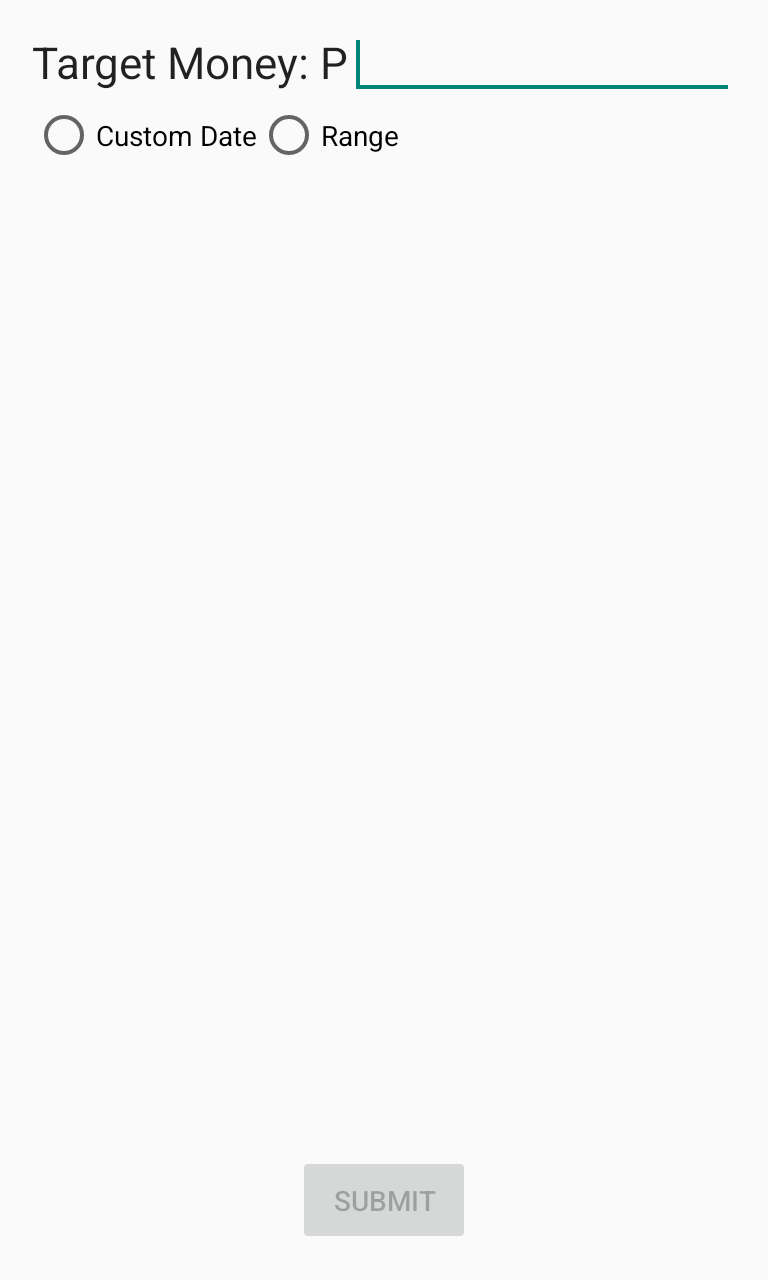
Repository: japheth-starita/SavingsApp
Layout: SavingsApp/res/layout/activity_preferences.xml
These files come from the project's save history. The layout is drawn as it stood at one moment and after the next save; the edit follows.
It is drawn on a 768 x 1280 px phone screen (xhdpi) without system bars, with theme AppTheme; the app's code is not run.

Above is the layout before, as saved 2016-02-27 07:17:49.

### SavingsApp/res/layout/activity_preferences.xml
<RelativeLayout xmlns:android="http://schemas.android.com/apk/res/android"
    xmlns:tools="http://schemas.android.com/tools"
    android:layout_width="match_parent"
    android:layout_height="match_parent"
    android:paddingBottom="@dimen/activity_vertical_margin"
    android:paddingLeft="@dimen/activity_horizontal_margin"
    android:paddingRight="@dimen/activity_horizontal_margin"
    android:paddingTop="@dimen/activity_vertical_margin"
    tools:context="com.cobaltsteel.savingsapp.PreferencesActivity" >

    <TextView
        android:id="@+id/lblTargetMoney"
        android:layout_width="wrap_content"
        android:layout_height="wrap_content"
        android:textAppearance="?android:attr/textAppearanceLarge"
        android:text="Target Money: P" />

    <EditText
        android:id="@+id/txtTargetMoney"
        android:layout_width="fill_parent"
        android:layout_height="wrap_content"
        android:layout_alignBaseline="@+id/lblTargetMoney"
        android:layout_toRightOf="@+id/lblTargetMoney"
        android:inputType="number">
        <requestFocus />
    </EditText>


    <RadioGroup
    android:id="@+id/rbgrpSetting"
    android:layout_width="fill_parent"
    android:layout_height="wrap_content"
    android:orientation="horizontal"
    android:layout_below="@+id/txtTargetMoney">
    <RadioButton android:id="@+id/rbDate"
        android:layout_width="wrap_content"
        android:layout_height="wrap_content"
        android:text="Custom Date"
        android:onClick="onRadioButtonClicked"/>
    <RadioButton android:id="@+id/rbRange"
        android:layout_width="wrap_content"
        android:layout_height="wrap_content"
        android:text="Range"
        android:onClick="onRadioButtonClicked"/>
	</RadioGroup>

   <DatePicker
        android:id="@+id/dptargetDate"
        android:layout_width="wrap_content"
        android:layout_height="wrap_content"
        android:layout_below="@+id/rbgrpSetting"
        android:layout_centerHorizontal="true"
        android:visibility="gone"/>

    <TextView
        android:layout_marginTop="5dp"
        android:id="@+id/lblTargetRange"
        android:layout_width="wrap_content"
        android:layout_height="wrap_content"
        android:layout_below="@+id/dptargetDate"
        android:textAppearance="?android:attr/textAppearanceLarge"
        android:text="Target Range:"
        android:visibility="gone" />
	<Spinner
        android:id="@+id/spTargetNumber"
        android:layout_width="wrap_content"
        android:layout_height="wrap_content"
        android:layout_below="@+id/lblTargetRange"
        android:visibility="gone"/>
    <Spinner
        android:id="@+id/spTargetRange"
        android:layout_width="wrap_content"
        android:layout_height="wrap_content"
        android:layout_alignBaseline="@+id/spTargetNumber"
        android:layout_toRightOf="@+id/spTargetNumber"
        android:visibility="gone"/>

    <Button
        android:id="@+id/btnSubmit"
        android:layout_width="wrap_content"
        android:layout_height="wrap_content"
        android:layout_alignParentBottom="true"
        android:layout_centerHorizontal="true"
        android:text="Submit"
        android:enabled="false"/>

</RelativeLayout>

Loaded but not shown: SavingsApp/res/values/styles.xml (common file); SavingsApp/res/values-v11/styles.xml (common file); SavingsApp/res/values-v14/styles.xml (common file); SavingsApp/res/values/dimens.xml (common file); SavingsApp/res/values-w820dp/dimens.xml (common file)

After the next save:
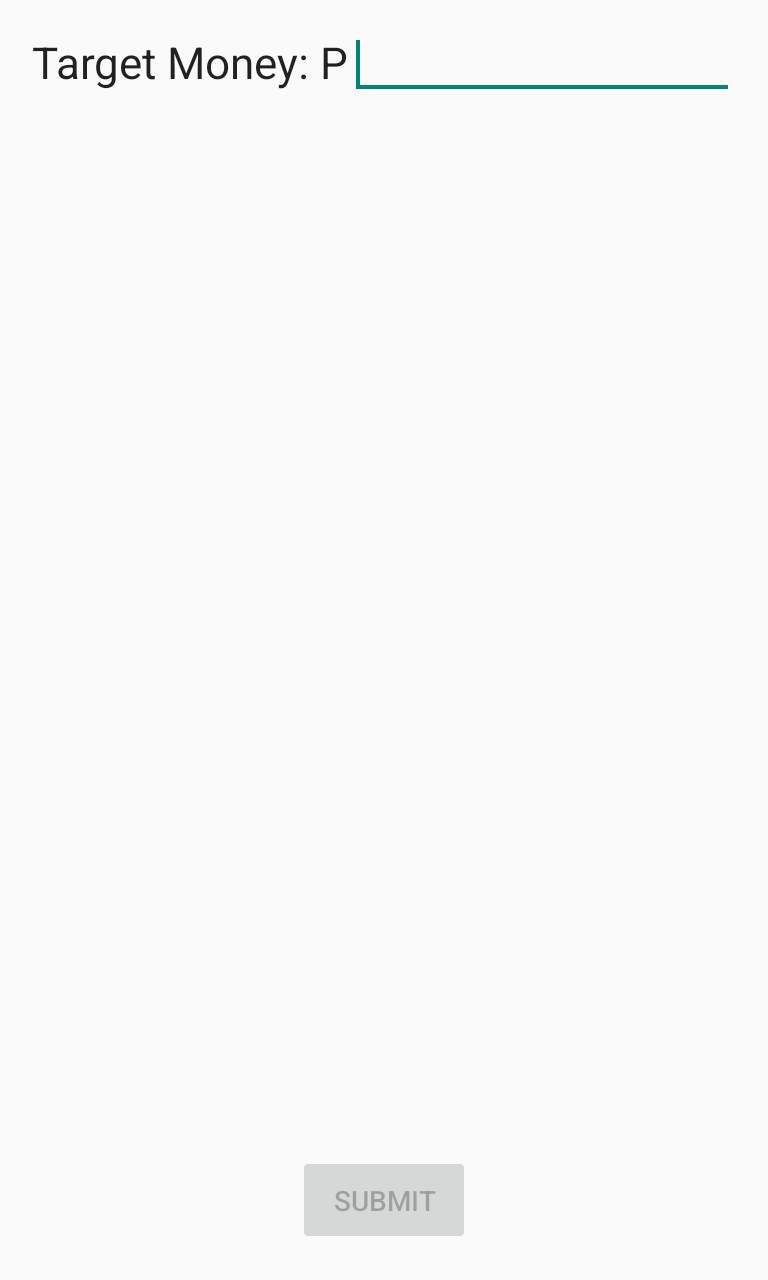
Saved 51 s later.
--- a/SavingsApp/res/layout/activity_preferences.xml
+++ b/SavingsApp/res/layout/activity_preferences.xml
@@ -25,24 +25,6 @@
         <requestFocus />
     </EditText>
 
-
-    <RadioGroup
-    android:id="@+id/rbgrpSetting"
-    android:layout_width="fill_parent"
-    android:layout_height="wrap_content"
-    android:orientation="horizontal"
-    android:layout_below="@+id/txtTargetMoney">
-    <RadioButton android:id="@+id/rbDate"
-        android:layout_width="wrap_content"
-        android:layout_height="wrap_content"
-        android:text="Custom Date"
-        android:onClick="onRadioButtonClicked"/>
-    <RadioButton android:id="@+id/rbRange"
-        android:layout_width="wrap_content"
-        android:layout_height="wrap_content"
-        android:text="Range"
-        android:onClick="onRadioButtonClicked"/>
-	</RadioGroup>
 
    <DatePicker
         android:id="@+id/dptargetDate"
